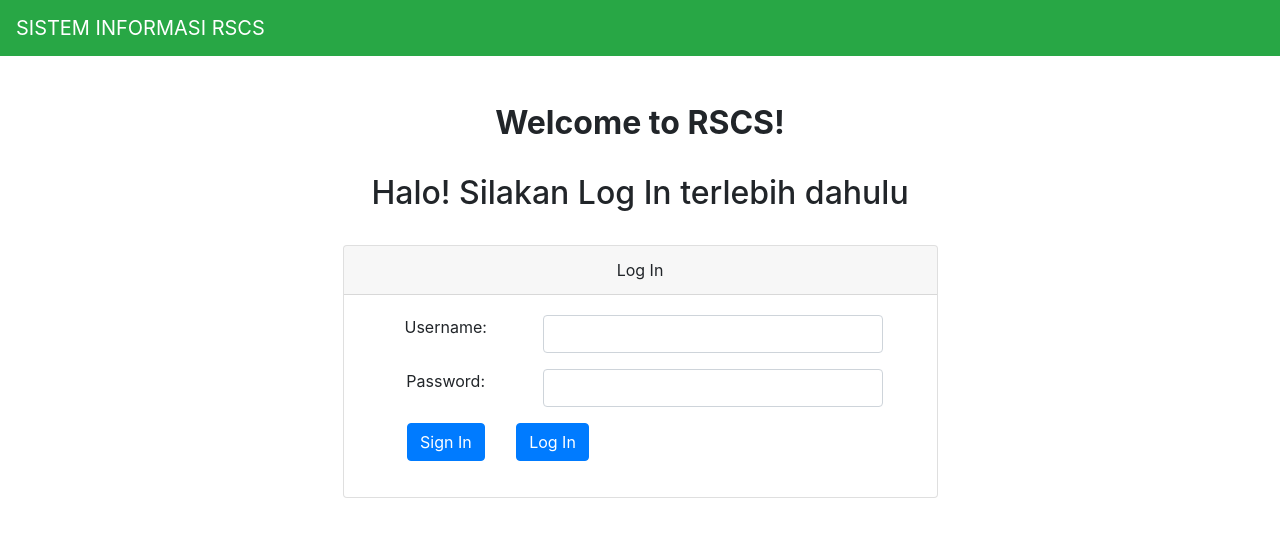
Repository: usamah1707/Tugas-Akhir-Kelompok-6
Page: http://localhost/login
The author's editor kept a copy of each file at every save. The page is drawn from the files as they stood at one save, then again after the next save.
The browser window is 1280 px wide. The pictures show the whole page.
The page is this project's Thymeleaf template; nobody is signed in. The template is opened directly, without the code that normally fills it, so the values that code supplies are empty.

Above is the page before, as saved 2019-06-04 06:03:53.

After the next save:
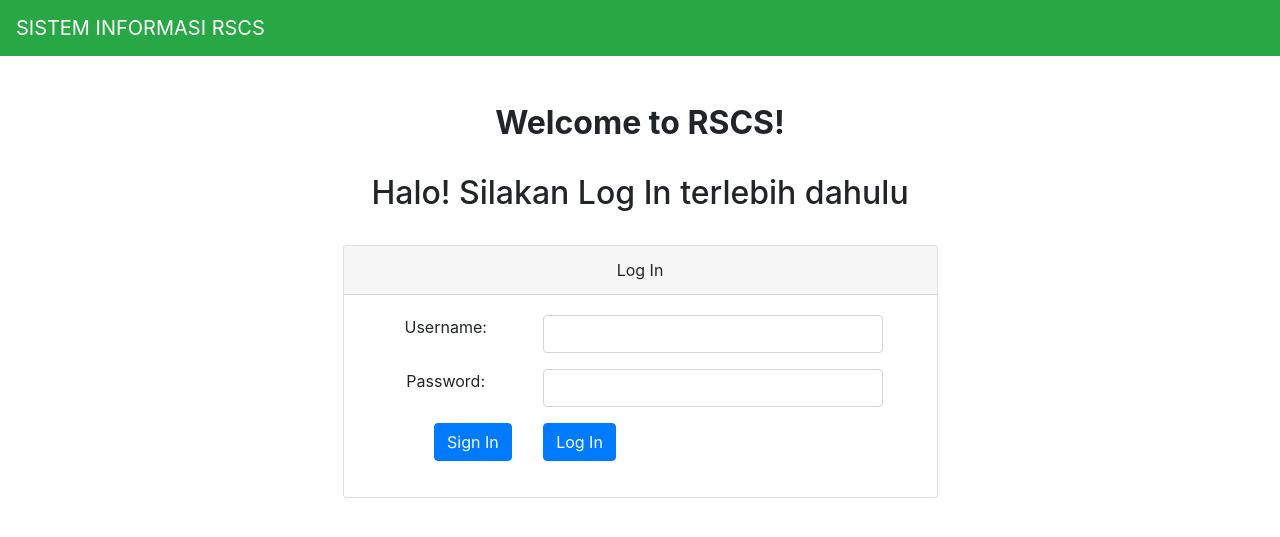
Saved 25 s later.
--- a/TA_6/src/main/resources/templates/login.html
+++ b/TA_6/src/main/resources/templates/login.html
@@ -50,7 +50,7 @@
                             </div>
                             <div class="row form-group">
 
-                            &nbsp &nbsp &nbsp &nbsp &nbsp &nbsp &nbsp<button type="submit" class="btn btn-primary" align = "center">Sign In</button>
+                            &nbsp &nbsp &nbsp &nbsp &nbsp &nbsp &nbsp &nbsp &nbsp &nbsp<button type="submit" class="btn btn-primary" align = "center">Sign In</button>
 
                                &nbsp &nbsp &nbsp &nbsp  <button type="submit" class="btn btn-primary" style="text-align: left">Log In</button>
                             </div>
